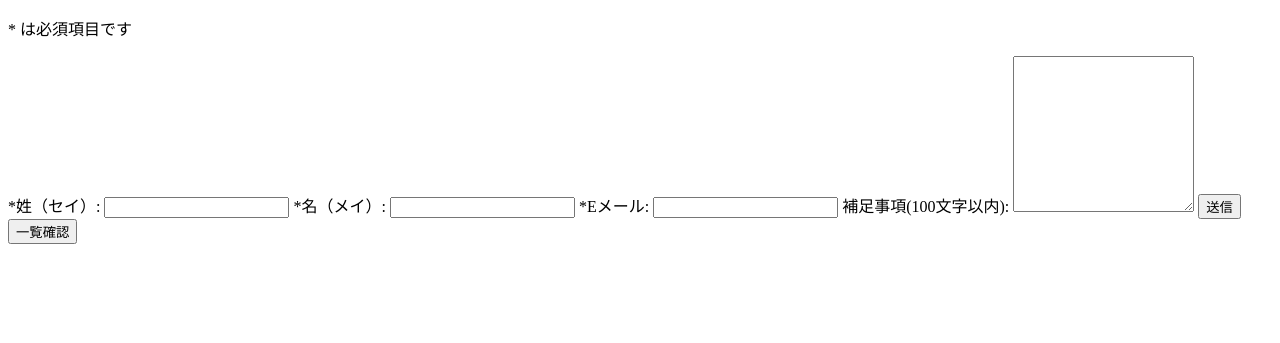
Repository: yoshiryoryo/phpform2
Page: http://localhost/
The author's editor kept a copy of each file at every save. The page is drawn from the files as they stood at one save, then again after the next save.
The browser window is 1280 px wide. The pictures show the whole page.
The page is run by PHP 8.4 with error messages shown; the project is at /var/www/html/.

Above is the page before, as saved 2021-03-06 23:18:06.

### index.php
<?php

// セッションIDは個人を識別するために必要なID
session_start();
function generateToken()
{
    // セキュリティ上他者からの予測を困難にするため、乱数を設定する
    $bytes = openssl_random_pseudo_bytes(16);
    return bin2hex($bytes);
}
$token = generateToken();
session_cache_expire();
$_SESSION['token'] = $token;



?>

<!DOCTYPE html>
<html lang="ja">
<head>
    <title>入力フォーム</title>
</head>
<body>
    <p>* は必須項目です</p>
    <form action="validation.php" method="get">
        <input type="hidden" value="$token">
        <label for="sei">*姓（セイ）:</label>
        <input type="text" name="sei" id="sei">
        <label for="mei">*名（メイ）:</label>
        <input type="text" name="mei" id="mei">
        <label for="email">*Eメール:</label>
        <input type="text" name="email" id="email">
        <label for="content">補足事項(100文字以内):</label>
        <textarea rows="10" name="content" id="content">
            </textarea>
        <input type="submit" value="送信">
    </form>
    <form action="member.php">
        <input type="submit" value="一覧確認">
    </form>

</body>
</html>

After the next save:
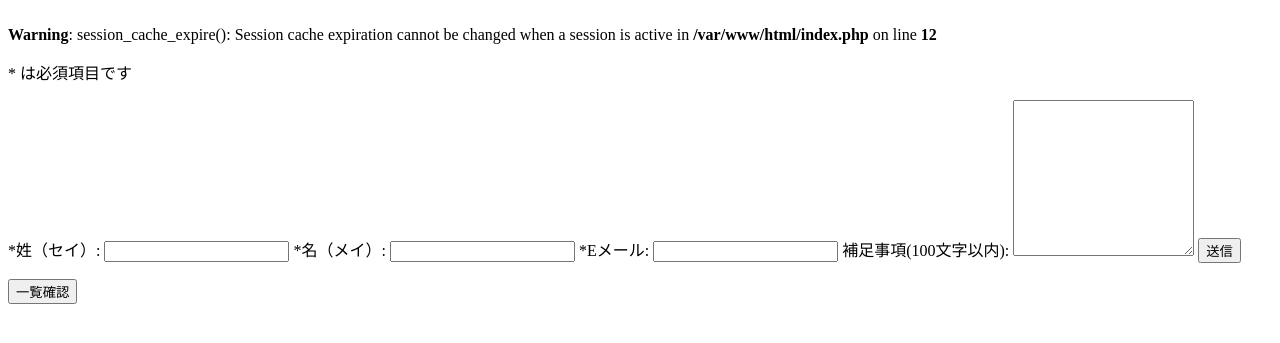
Saved 11 s later.
--- a/index.php
+++ b/index.php
@@ -9,7 +9,7 @@
     return bin2hex($bytes);
 }
 $token = generateToken();
-session_cache_expire();
+session_cache_expire(10);
 $_SESSION['token'] = $token;
 
 

After the save that followed:
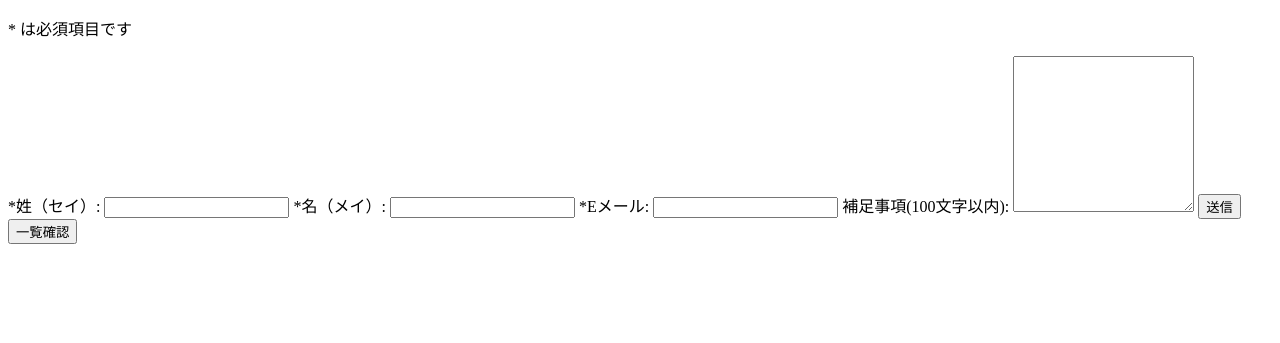
Saved 50 s later.
--- a/index.php
+++ b/index.php
@@ -9,7 +9,7 @@
     return bin2hex($bytes);
 }
 $token = generateToken();
-session_cache_expire(10);
+session_cache_expire();
 $_SESSION['token'] = $token;
 
 
